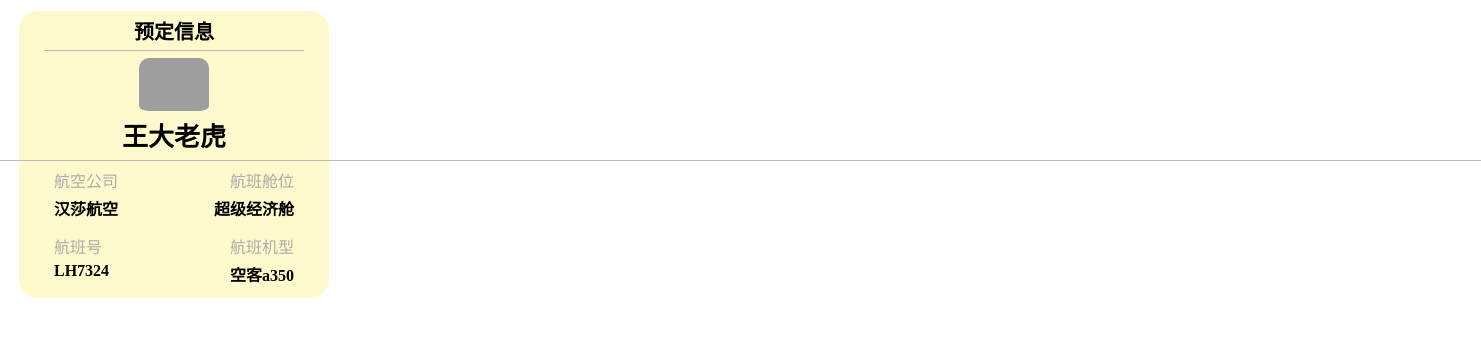
Repository: xzm1997/react-learning
Page: /
An editor plug-in stored every save of this project. The page is shown before and after the next save, followed by the edit.
The browser window is 1280 px wide. The page is 1481 px wide, then 1280 px, so the pictures cover 1481 px, including what lies to the right of the window. The pictures show the whole page.
Pictures or frames that could not be fetched are drawn as grey boxes. The project was rebuilt for these pictures with package versions that can differ from the ones it lists, and the page was loaded fresh each time.

Above is the page before, as saved 2023-01-31 11:13:47.

### src/index.js
import React from 'react';
import ReactDOM from 'react-dom/client';
import './index.css';

export function UserInfo(props) {
  return (
    <div className='userInfo'>
      <img
        src='https://img1.baidu.com/it/u=1964469406,3571897169&fm=253&fmt=auto&app=138&f=JPEG?w=500&h=500'
        alt='ava'
        className='ava'
      ></img>
      <div className='userName'>{props.userName}</div>
    </div>
  )
}

export function InfoShow(props) {
  return (
    <div className='infoShow'>
      <div className='bookTitle'>{props.title}</div>
      <div className='bookContent'>{props.content}</div>
    </div>
  )
}

export function BookInfo(props) {
  return (
    <div className='contentDisplay'>
      <div className='totalTitle'>预定信息</div>
      <UserInfo userName={props.userName} />
      <div className='infoDisplay'>
        <div className='infoItem leftSide'>
          <InfoShow title='航空公司' content={props.ticketInfo.airline}/>
          <InfoShow title='航班号' content={props.ticketInfo.flightNum}/>
        </div>
        <div className='infoItem rightSide'>
          <InfoShow title='航班舱位' content={props.ticketInfo.level}/>
          <InfoShow title='航班机型' content={props.ticketInfo.plane}/>
        </div>
      </div>
    </div>
    )
}

export function Root() {
  const userName = '王大老虎';
  const ticketInfo = {
    airline : '汉莎航空',
    flightNum : 'LH7324',
    level : '超级经济舱',
    plane : '空客a350'
  }
  return (
    <div>
      <BookInfo
        userName={userName}
        ticketInfo={ticketInfo}
      />
    </div>
  )
}

// ========================================

const root = ReactDOM.createRoot(document.getElementById("root"));
root.render(<Root />);

### src/index.css
.contentDisplay {
  width: 300px;
  border: solid 1px #fff;
  background: lemonchiffon;
  border-radius: 20px;
  padding:5px;
  margin: 10px;
  display: flex;
  flex-direction: column;
  align-items: center;
}

.userInfo {
  display: flex;
  flex-direction: column;
  align-items: center;
  width: 2600px;
  padding: 7px;
  border-bottom: solid 1px #bbb;
}

.ava {
  width: 70px;
  border-radius: 10px;
  padding-bottom: 5px;
}

.userName {
  font-weight: 700;
  font-size: 26px;
}

.bookTitle {
  color: #aaa;
}

.totalTitle {
  font-size: 20px;
  font-weight: 700;
  text-align: center;
  width: 260px;
  padding-bottom: 5px;
  border-bottom: solid 1px #bbb;
}

.bookContent {
  font-weight: 700;
}

.infoShow {
  padding: 5px 0;
}

.bookTitle {
  padding: 2px 0;
}

.bookContent {
  padding: 2px 0;
}

.infoDisplay {
  display: flex;
}

.infoItem {
  width: 120px;
}

.rightSide {
  text-align: right;
}

Loaded but not shown: public/index.html (common file)

After the next save:
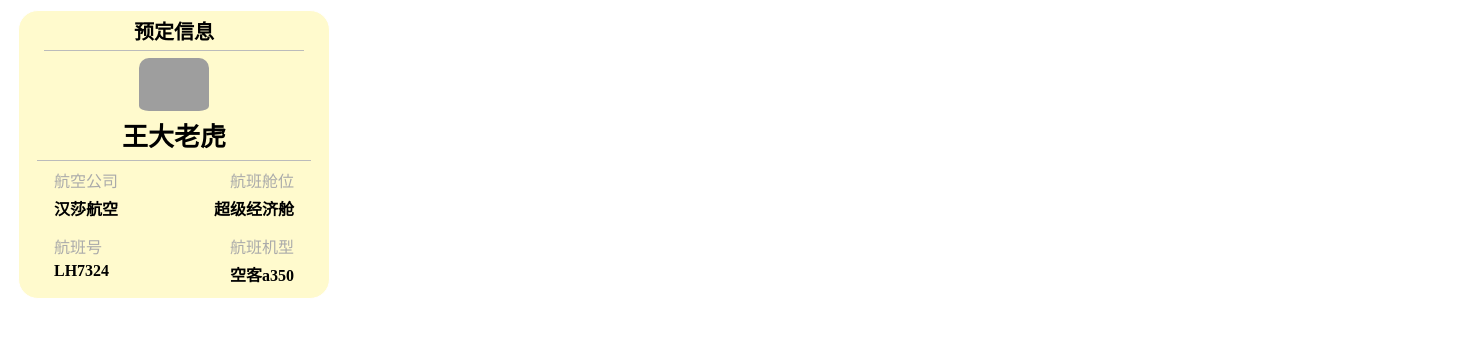
Saved 7 s later.
--- a/src/index.css
+++ b/src/index.css
@@ -14,7 +14,7 @@
   display: flex;
   flex-direction: column;
   align-items: center;
-  width: 2600px;
+  width: 260px;
   padding: 7px;
   border-bottom: solid 1px #bbb;
 }
